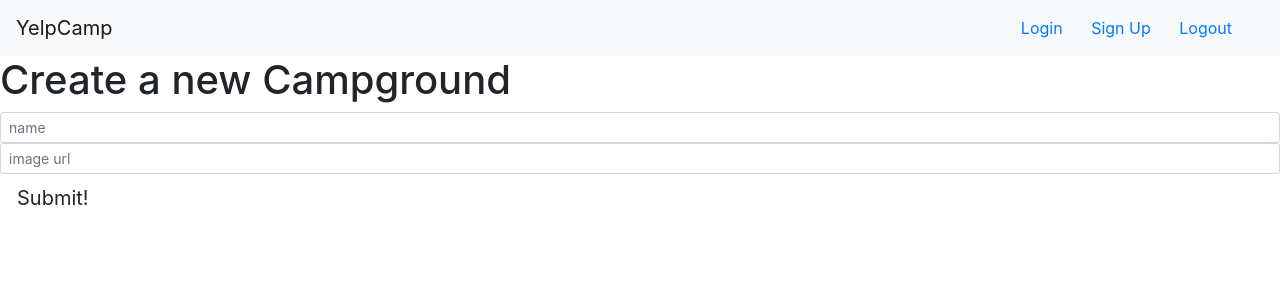
Repository: manojsatya/YelpCamp
Page: http://localhost/campgrounds/new
An editor plug-in stored every save of this project. The page is shown before and after the next save, followed by the edit.
The browser window is 1280 px wide. The pictures show the whole page.
The page is served by the project's Node server (app.js).

Above is the page before, as saved 2019-06-14 17:46:11.
Console error: TypeError: Cannot read properties of undefined (reading 'fn')

### views/new.ejs
<% include partials/header %>



<h1>Create a new Campground</h1>

<form action="/campgrounds" method="POST">
    <input class="form-control form-control-sm" type="text" name="name" id="" placeholder="name">
    <input class="form-control form-control-sm" type="text" name="image" id="" placeholder="image url">
    <button class="btn btn-lg"> Submit!</button>

</form>

<% include partials/footer %>

### views/partials/header.ejs
<!DOCTYPE html>
<html lang="en">
<head>
    <meta charset="UTF-8">
    <meta name="viewport" content="width=device-width, initial-scale=1.0">
    <meta http-equiv="X-UA-Compatible" content="ie=edge">
    <title>YelpCamp</title>
    <link rel="stylesheet" href="https://stackpath.bootstrapcdn.com/bootstrap/4.3.1/css/bootstrap.min.css">
</head>
<body>
        <nav class="navbar navbar-light bg-light">
                <a class = "navbar-brand" href="">YelpCamp</a>
                <div class="navbar-right mr-sm-2">
                    <a class = "mr-sm-4" href="">Login</a>
                    <a class = "mr-sm-4" href="">Sign Up</a>
                    <a class = "mr-sm-4" href="">Logout</a>
                </div>

            </nav>

        <script src="https://stackpath.bootstrapcdn.com/bootstrap/4.3.1/js/bootstrap.min.js"></script>

### app.js
var express = require("express");
var app = express();
var bodyParser = require("body-parser");

app.use(bodyParser.urlencoded({extended: true}));
app.set("view engine", "ejs");

var campgrounds = [
    {name: "Manoj Satya", image: "https://static.rootsrated.com/image/upload/s--_i1nqUT1--/t_rr_large_traditional/oy9xsbijv8wehnrzv0zt.jpg"},
    {name: "Shradha Shiv", image: "https://encrypted-tbn0.gstatic.com/images?q=tbn:ANd9GcQ5b9dOfcfle_RwfdPS21qwfn5kcQ_BfHuL4uoVApARc1INLCfp"},
    {name: "Meghana", image: "http://hudsonshope.ca/wp-content/uploads/2016/10/Inflatable-Boat.jpg"},
    {name: "Manoj Satya", image: "https://static.rootsrated.com/image/upload/s--_i1nqUT1--/t_rr_large_traditional/oy9xsbijv8wehnrzv0zt.jpg"},
    {name: "Shradha Shiv", image: "https://encrypted-tbn0.gstatic.com/images?q=tbn:ANd9GcQ5b9dOfcfle_RwfdPS21qwfn5kcQ_BfHuL4uoVApARc1INLCfp"},
    {name: "Meghana", image: "http://hudsonshope.ca/wp-content/uploads/2016/10/Inflatable-Boat.jpg"},
    {name: "Manoj Satya", image: "https://static.rootsrated.com/image/upload/s--_i1nqUT1--/t_rr_large_traditional/oy9xsbijv8wehnrzv0zt.jpg"},
    {name: "Shradha Shiv", image: "https://encrypted-tbn0.gstatic.com/images?q=tbn:ANd9GcQ5b9dOfcfle_RwfdPS21qwfn5kcQ_BfHuL4uoVApARc1INLCfp"},
    {name: "Meghana", image: "http://hudsonshope.ca/wp-content/uploads/2016/10/Inflatable-Boat.jpg"},
    {name: "Manoj Satya", image: "https://static.rootsrated.com/image/upload/s--_i1nqUT1--/t_rr_large_traditional/oy9xsbijv8wehnrzv0zt.jpg"},
    {name: "Shradha Shiv", image: "https://encrypted-tbn0.gstatic.com/images?q=tbn:ANd9GcQ5b9dOfcfle_RwfdPS21qwfn5kcQ_BfHuL4uoVApARc1INLCfp"},
    {name: "Meghana", image: "http://hudsonshope.ca/wp-content/uploads/2016/10/Inflatable-Boat.jpg"}
]

app.get("/", function(req, res){
    res.render("landing");
});

app.get("/campgrounds", function(req, res){
    res.render("campgrounds",{campgrounds:campgrounds});
});

app.post("/campgrounds", function(req, res){
    //get data from form and add to campground array
    var name = req.body.name;
    var image = req.body.image;
    var newCampground = {name: name, image: image};
    campgrounds.push(newCampground);
    //redirect back to campgrounds page
    res.redirect("/campgrounds");
});

app.get("/campgrounds/new", function(req, res){
    res.render("new.ejs");
});


app.listen(3000, function(){
    console.log("The YelpCamp Server has started");
});

Loaded but not shown: views/partials/footer.ejs (no stored copy; drawn as an empty file)

After the next save:
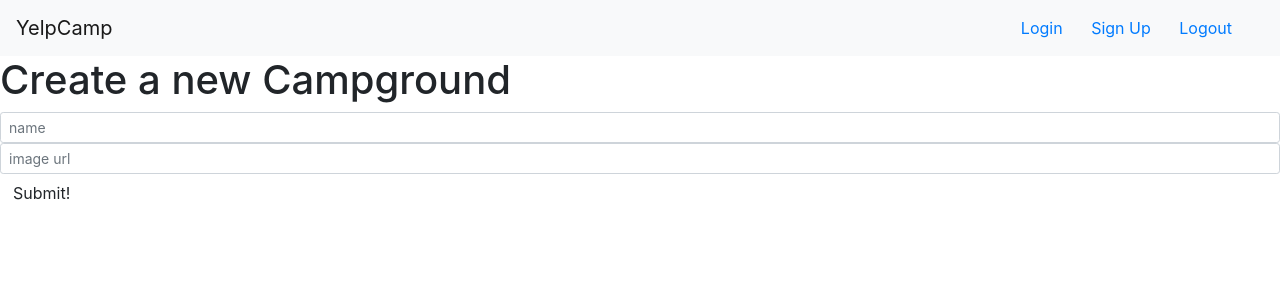
Saved 14 s later.
--- a/views/new.ejs
+++ b/views/new.ejs
@@ -7,7 +7,7 @@
 <form action="/campgrounds" method="POST">
     <input class="form-control form-control-sm" type="text" name="name" id="" placeholder="name">
     <input class="form-control form-control-sm" type="text" name="image" id="" placeholder="image url">
-    <button class="btn btn-lg"> Submit!</button>
+    <button class="btn"> Submit!</button>
 
 </form>
 
